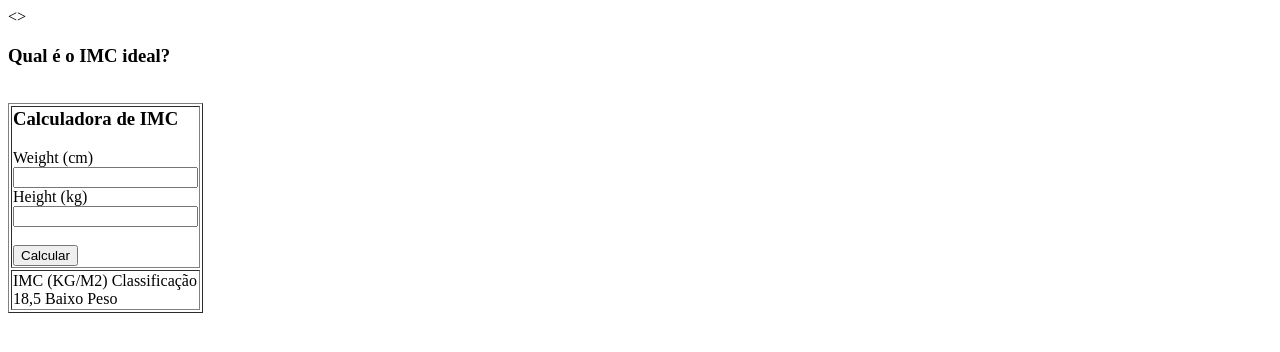
Repository: Patriciamativi/Projetos
Page: index.html
The author's editor kept a copy of each file at every save. The page is drawn from the files as they stood at one save, then again after the next save.
The browser window is 1280 px wide. The pictures show the whole page.

Above is the page before, as saved 2022-11-21 15:28:41.

After the next save:
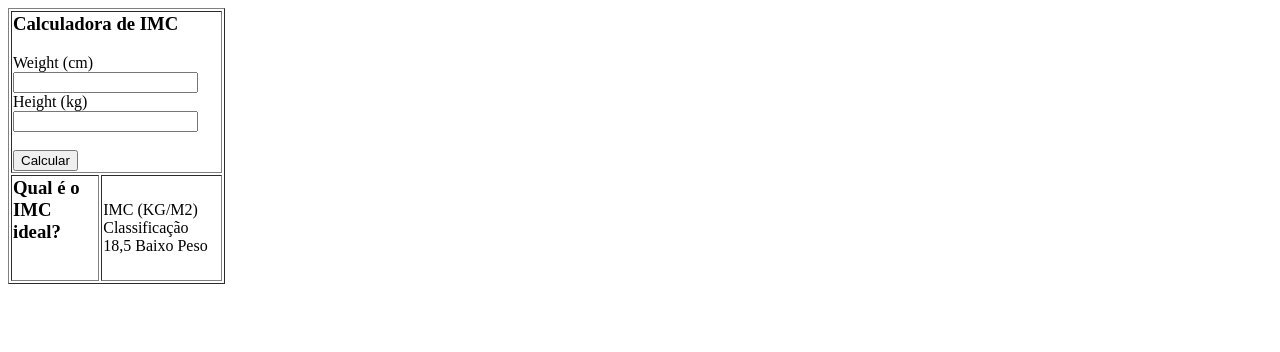
Saved 13 s later.
--- a/index.html
+++ b/index.html
@@ -31,7 +31,7 @@
             <input type= "submit" value="Calcular"> </td>
             </tr>
 
-            <tr> <> <h3>Qual é o IMC ideal?</h3></br>
+            <tr> <td> <h3>Qual é o IMC ideal?</h3></br>
 
                 <td>IMC (KG/M2)     Classificação </br>
                 18,5            Baixo Peso </td></tr></td>
